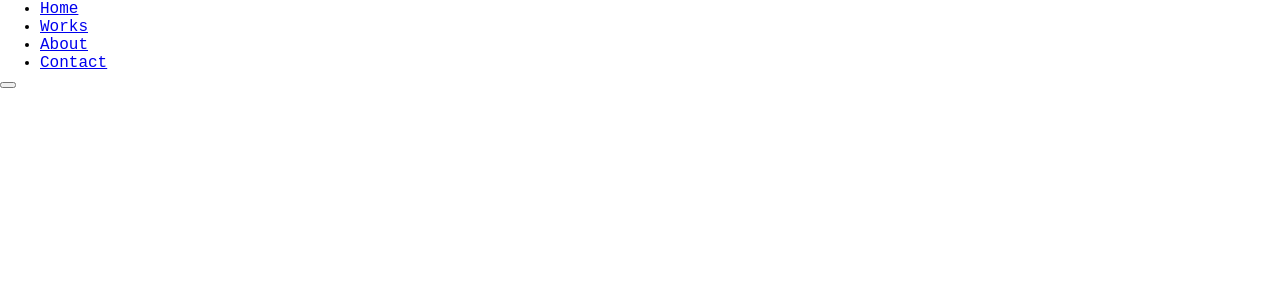
Repository: MMXiaohang/50projects50days-copy
Page: 14-animated-navigation/1-index.html
The author's editor kept a copy of each file at every save. The page is drawn from the files as they stood at one save, then again after the next save.
The browser window is 1280 px wide. The pictures show the whole page.

Above is the page before, as saved 2022-07-28 23:55:11.

### 14-animated-navigation/1-index.html
<!DOCTYPE html>
<html lang="en">
<head>
    <meta charset="UTF-8">
    <meta http-equiv="X-UA-Compatible" content="IE=edge">
    <meta name="viewport" content="width=device-width, initial-scale=1.0">
    <link rel="stylesheet" href="./1-style.css">
    <title>Animated Navigation</title>
</head>
<body>
    <nav id="nav" class="active">
        <ul>
            <li><a href="#">Home</a></li>
            <li><a href="#">Works</a></li>
            <li><a href="#">About</a></li>
            <li><a href="#">Contact</a></li>
        </ul>

        <button id="toggle" class="icon">
            <div class="line line1"></div>
            <div class="line line2"></div>
        </button>

    </nav>

    <script src="./1-script.js"></script>
</body>
</html>

### 14-animated-navigation/1-style.css

*{
    margin: 0;
    box-sizing: border-box;
}


body {
    font-family: 'Courier New', Courier, monospace;
    background-color: linear-gradient(skyblue 0%, );
}

Loaded but not shown: 14-animated-navigation/1-script.js (no stored copy; drawn as an empty file)

After the next save:
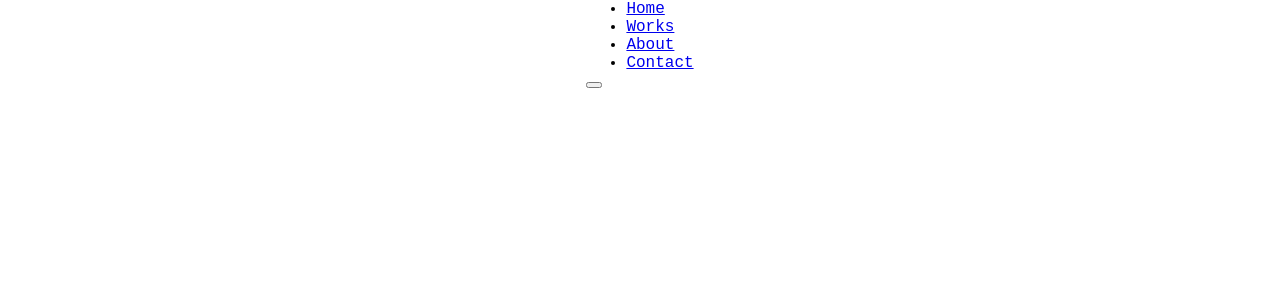
Saved 6 min 49 s later.
--- a/14-animated-navigation/1-style.css
+++ b/14-animated-navigation/1-style.css
@@ -7,5 +7,9 @@
 
 body {
     font-family: 'Courier New', Courier, monospace;
-    background-color: linear-gradient(skyblue 0%, );
+    background-color: linear-gradient(skyblue 0%, skyblue 50%, blue 50%, blue 100%);
+    display: flex;
+    justify-content: center;
+    align-items: center;
+
 }
